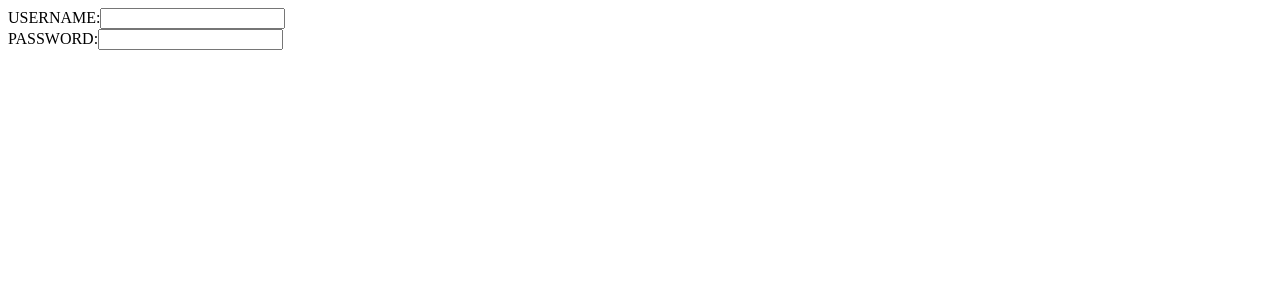
Repository: venugopalakrishnamylavarapu/Naresh-It-Full-Stack-java-Developer
Page: Advanced Java/Coding/JSP/src/main/webapp/login1.html
The author's editor kept a copy of each file at every save. The page is drawn from the files as they stood at one save, then again after a run of saves.
The browser window is 1280 px wide. The pictures show the whole page.

Above is the page before, as saved 2023-03-20 11:18:15.

After the next 2 saves:
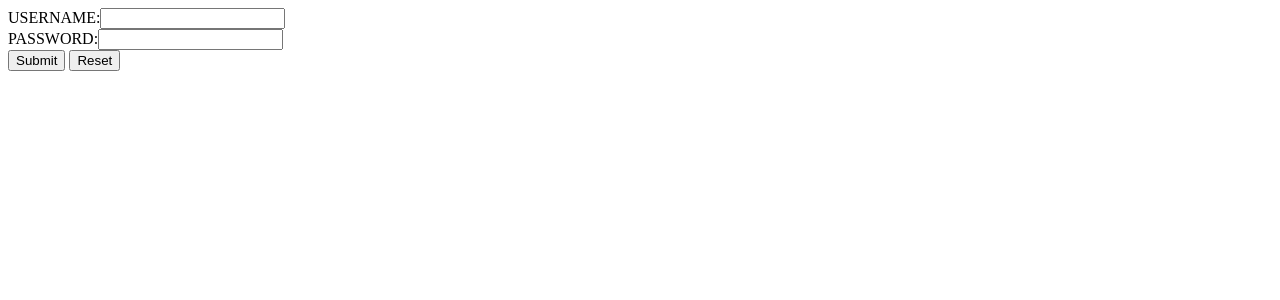
The 2 saves are shown as one change because they came seconds apart.
The last was saved 22 s later.
--- a/Advanced Java/Coding/JSP/src/main/webapp/login1.html
+++ b/Advanced Java/Coding/JSP/src/main/webapp/login1.html
@@ -7,6 +7,7 @@
 <body>
 USERNAME:<input type=text name="uname"><br>
 PASSWORD:<input type=password name="pword"><br>
+<input type=submit> <input type=reset>
 
 </body>
 </html>
